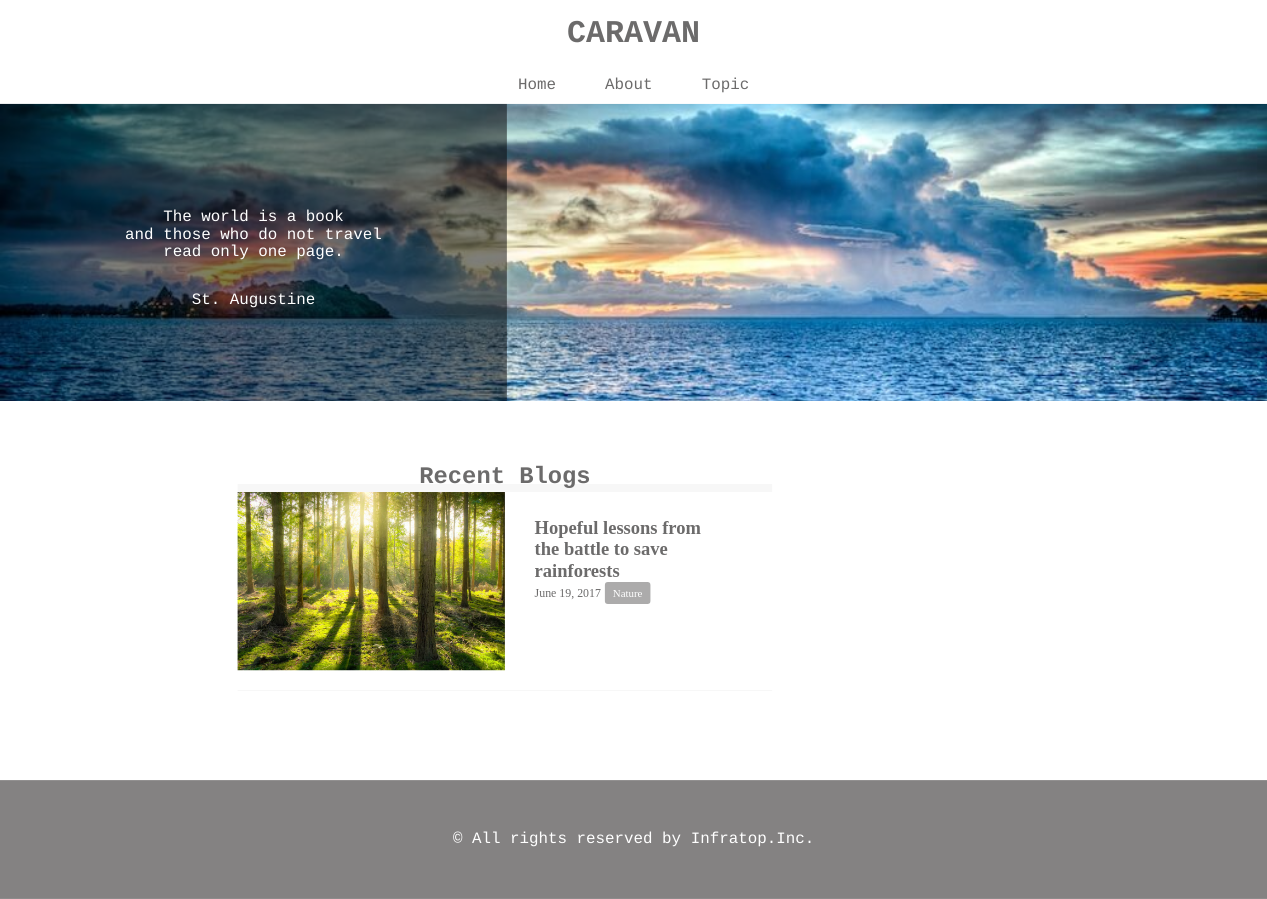
Repository: KoPiyt/Infratop-01
Page: caravan/index.html
The author's editor kept a record of every edit. The page is drawn from the files as they stood at one moment, then again after the next edit.
The browser window is 1280 px wide. The pictures show the whole page, at 99% of full size.

Above is the page before.

### caravan/index.html
<!DOCTYPE html>
<html lang="ja">
  <head>
    <meta charset="UTF-8" />
    <!-- CSSファイルの読み込み -->
    <link rel="stylesheet" href="style.css" />
    <title>CARAVAN</title>
  </head>

  <body>
    <!-- header -->
    <header>
      <h1 class="heading">
        <a href="index.html">
          CARAVAN
        </a>
      </h1>
    </header>

    <!-- navigation -->
    <nav>
      <ul class="nav-list">
        <li class="nav-list-item">
          <a href="index.html">Home</a>
        </li>
        <li class="nav-list-item">About</li>
        <li class="nav-list-item">Topic</li>
      </ul>
    </nav>

    <!-- main-visual用のdiv -->
    <div class="main-visual">
      <div class="main-visual-content">
        <!-- pタグ（と文字）を追加 -->
        <p class="main-visual-text">
          The world is a book<br>
          and those who do not travel<br>
          read only one page.
        </p>
        <p class="main-visual-name">
          St. Augustine
        </p>      </div>
    </div>

    <!-- main用のdiv -->
    <main>
      <section class="blog">
        <h2 class="blog-heading">Recent Blogs</h2>
         <div class="blog-item">
          <img class="blog-image" src="img/forest.jpg">
          <section class="blog-text">
            <h3>
              <a href="single.html">
                Hopeful lessons from<br>
                the battle to save<br>
                rainforests
              </a>
            </h3>
            <p class="blog-date">June 19, 2017</p>
            <span class="category">Nature</span>
          </section>
        </div>
      </section>
      <div class="sidebar"></div>
    </main>

    <!-- footer -->
    <footer>
      <p class="footer-text">© All rights reserved by Infratop.Inc.</p>
    </footer>
  </body>
</html>

### caravan/style.css
/* ブラウザがそれぞれ持っているCSSをリセットするための記述 */
* {
  margin: 0;
  padding: 0;
  box-sizing: border-box;
  color: #6c6b6b;
}

a {
  text-decoration: none;
}

header, nav, h2, .main-visual, footer {
  font-family: Chalkduster, "Bradley Hand", Courier, "Segoe Print", sans-serif;
}


header {
  width: 90%; /* 横幅90% */
  padding: 15px 0;
  margin: 0 auto;
  text-align: center;
}

.social i {
  display: inline-block;
  margin-left: 20px;
}

header .heading { /* headerタグ内のheadingクラスにのみ反映される */
  font-size: 32px;
}

.nav-list {
  text-align: center;
  padding: 10px 0;
  margin: 0 auto;
}

.nav-list-item {
  list-style: none;
  display: inline-block;
  margin: 0 20px;
}

.main-visual {
  width: 100%; /* 横幅いっぱい */
  height: 300px; /* 高さ300px */
  background-image: url(img/mv.jpg);
  background-size: cover;
  background-position: center;
}

.main-visual-content {
  width: 40%; /* 横幅40% */
  height: 300px; /* 親の高さに揃える */
  background-color: rgba( 0, 0, 0, 0.5); /* 背景色を半透明の黒にする */
  text-align: center; /* 文字を中央揃えにする */
  padding-top: 105px; /* 上側の内側余白で垂直方向の位置を調整 */
}

.main-visual-text {
  color: #fff; /* 文字色を白に変更 */
}

.main-visual-name {
  margin-top: 30px; /* 上側の外側の余白 */
  color: #fff; /* 文字色を白に変更 */
}

main {
  width: 800px; /* 横幅800px */
  display: flex; /* Flexboxの利用 */
  justify-content: center; /* 要素の横並び・中央寄せ */
  margin: 0 auto; /* 要素の中央揃え */
  padding: 70px 0; /* 上下に70px、左右に0pxの内側余白 */
}

.blog {
  width: 540px;
  margin-right: 30px; /* 領域の右側余白 */
}

.blog-heading {
  border-bottom: 8px solid #f7f7f7;
  text-align: center;
  line-height: 0.6;
}

.blog-box {
  padding-top: 50px;
}

.blog-item {
  padding-bottom: 20px;
  margin-bottom: 20px;
  border-bottom: 1px solid #f7f7f7;
  display: flex;
  justify-content: flex-start;
}

.blog-image {
  height: 180px;
}

.blog-text {
  padding: 25px 0 0 30px;
}

.blog-text-heading {
  padding-bottom: 15px;
}

.blog-date {
  font-size: 12px;
  display: inline-block;
}

.category {
  display: inline-block;
  padding: 5px 8px;
  background-color: #acabab;
  border-radius: 3px;
  color: #fff;
  font-size: 11px;
}

.pagination {
  text-align: center;
  padding-top: 50px;
}

.pagination p {
  display: inline-block;
  width: 30px;
  height: 30px;
  margin: 0 5px;
  color: #fff;
  background-color: #acabab;
  border-radius: 3px;
  line-height: 30px;
}

.sidebar {
  width: 230px;
}

.common-heading {
  border-bottom: 8px solid #f7f7f7;
  text-align: center;
  line-height: 0.6;
}

.sidebar-contents {
  padding: 50px 0;
}

.popular-text,
.categories-text {
  padding-bottom: 5px;
  border-bottom: 1px solid #f7f7f7;
  margin-bottom: 5px;
}

.popular-text:last-child,
.categories-text:last-child {
  margin: 0;
  padding: 0;
  border: none;
}

.instagram .sidebar-contents {
  display: flex;
  flex-wrap: wrap;
}

.instagram-box {
  width: 110px;
  padding-top: 110px;
  background-size: cover;
  background-position: center;
  margin-bottom: 10px;
}

.instagram-box:nth-child(odd) {
  margin: 0 10px 10px 0;
}

.instagram-box:nth-child(1) {
  background-image: url(img/airport.jpg);
}

.instagram-box:nth-child(2) {
  background-image: url(img/japan.jpg);
}

.instagram-box:nth-child(3) {
  background-image: url(img/snow.jpg);
}

.instagram-box:nth-child(4) {
  background-image: url(img/japan2.jpg);
}

.instagram-box:nth-child(5) {
  background-image: url(img/lake.jpg);
}

.instagram-box:nth-child(6) {
  background-image: url(img/road.jpg);
}

footer {
  width: 100%; /* 横幅いっぱい */
  height: 120px; /* 高さ120px */

  text-align: center;
  line-height: 120px;
  background-color: #848282;
}

.footer-text {
  color: #fff;
}


@media screen and (max-width: 425px) {

  .social i {
    color: blue;
  }
  main{
    width:100%;
  }

   .nav-list {
    width: 100%;
  }
 .blog{
    width:100%;
  }
  header{
    width:100%;
  }
  .blog-box{
    width:100%;
  }
}

After the next edit:
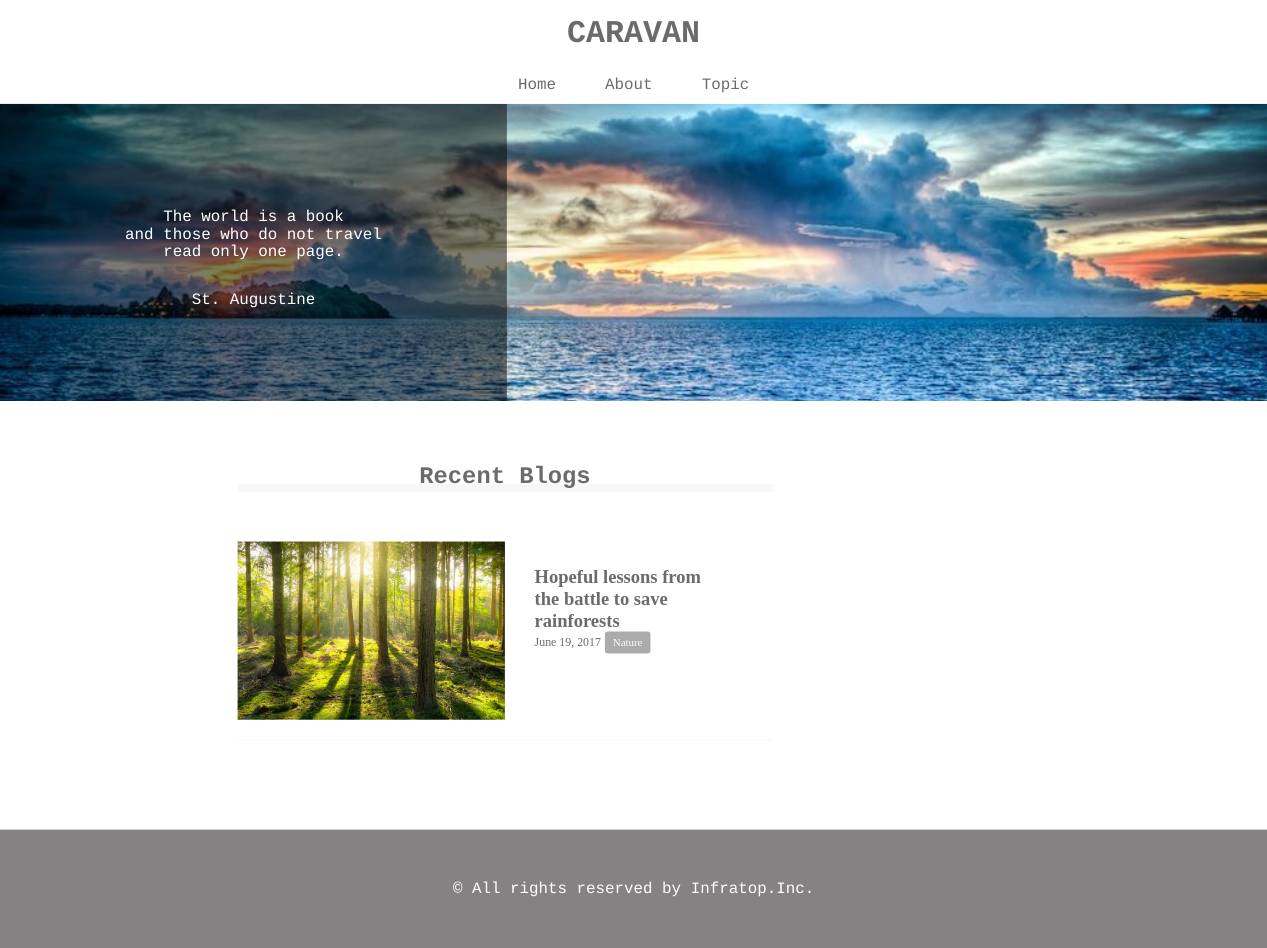
The edit:
--- a/caravan/index.html
+++ b/caravan/index.html
@@ -46,6 +46,7 @@
     <main>
       <section class="blog">
         <h2 class="blog-heading">Recent Blogs</h2>
+        <div class="blog-box">
          <div class="blog-item">
           <img class="blog-image" src="img/forest.jpg">
           <section class="blog-text">
